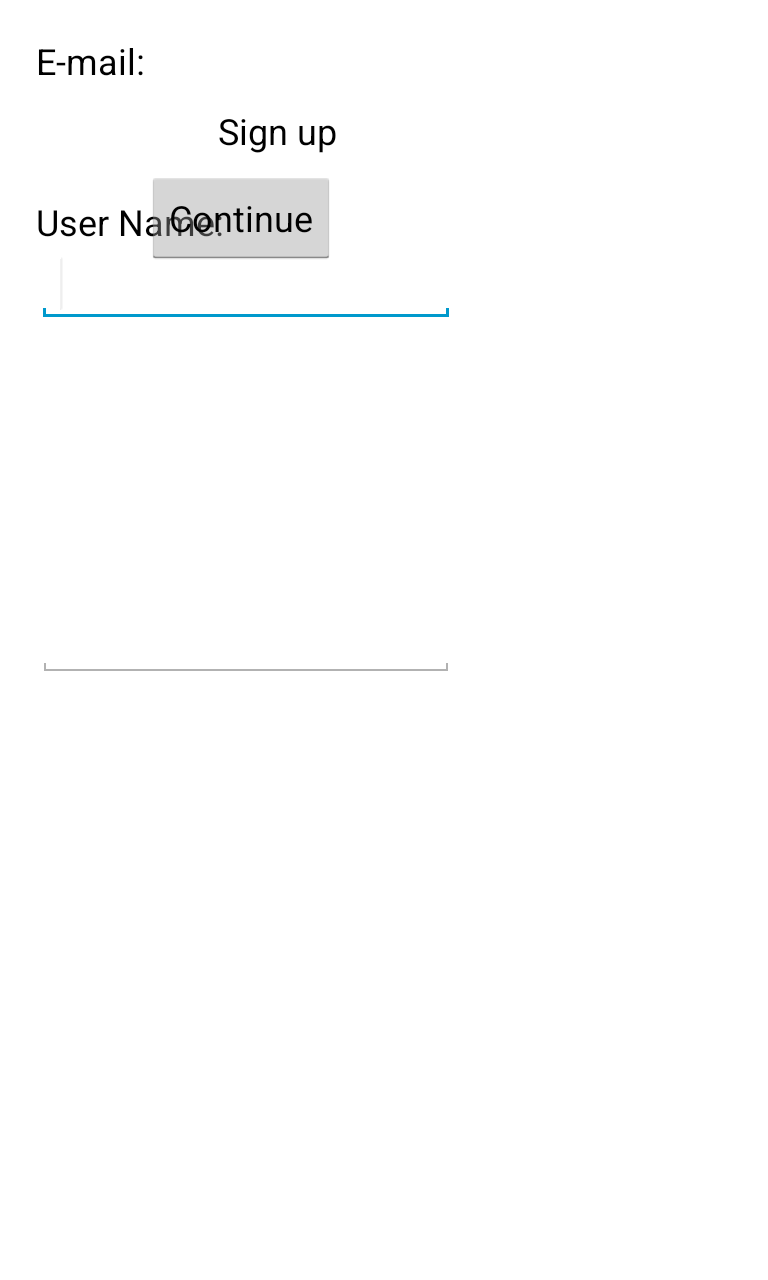
Repository: Teketel/hujeManiita
Layout: workspace/android/Besso/res/layout/activity_main.xml
An editor plug-in stored every save of this project. The layout is shown before and after the next save, followed by the edit.
It is drawn on a 768 x 1280 px phone screen (xhdpi) without system bars, with theme AppTheme; the app's code is not run.

Above is the layout before, as saved 2013-02-16 10:45:31.

### workspace/android/Besso/res/layout/activity_main.xml
<RelativeLayout xmlns:android="http://schemas.android.com/apk/res/android"
    xmlns:tools="http://schemas.android.com/tools"
    android:layout_width="match_parent"
    android:layout_height="match_parent"
    android:paddingBottom="@dimen/activity_vertical_margin"
    android:paddingLeft="@dimen/activity_horizontal_margin"
    android:paddingRight="@dimen/activity_horizontal_margin"
    android:paddingTop="@dimen/activity_vertical_margin"
    tools:context=".MainActivity" >

    <EditText
        android:id="@+id/userName"
        android:layout_width="wrap_content"
        android:layout_height="wrap_content"
        android:layout_below="@+id/textView1"
        android:layout_marginTop="45dp"
        android:ems="10" >

        <requestFocus />
    </EditText>

    <TextView
        android:id="@+id/textView1"
        android:layout_width="wrap_content"
        android:layout_height="wrap_content"
        android:layout_alignLeft="@+id/editText1"
        android:layout_alignParentTop="true"
        android:layout_alignRight="@+id/button1"
        android:layout_marginLeft="56dp"
        android:layout_marginTop="35dp"
        android:text="Sign up"
        android:textAppearance="?android:attr/textAppearanceMedium"
        android:textSize="18dp" />

    <EditText
        android:id="@+id/email"
        android:layout_width="wrap_content"
        android:layout_height="wrap_content"
        android:layout_alignLeft="@+id/editText1"
        android:layout_centerVertical="true"
        android:ems="10"
        android:inputType="textEmailAddress" />

    <TextView
        android:id="@+id/textView2"
        android:layout_width="wrap_content"
        android:layout_height="wrap_content"
        android:layout_alignLeft="@+id/editText1"
        android:layout_below="@+id/textView1"
        android:layout_marginTop="21dp"
        android:text="User Name:"
        android:textAppearance="?android:attr/textAppearanceMedium" />

    <TextView

        android:id="@+id/textView3"
        android:layout_width="wrap_content"
        android:layout_height="wrap_content"
        android:layout_above="@+id/editText2"
        android:text="E-mail:"
        android:textAppearance="?android:attr/textAppearanceMedium" />

    <Button
        android:id="@+id/button1"
        android:layout_width="wrap_content"
        android:layout_height="wrap_content"
        android:layout_below="@+id/editText2"
        android:layout_marginTop="67dp"
        android:layout_toRightOf="@+id/textView3"
        android:text="Continue" />

</RelativeLayout>

Loaded but not shown: workspace/android/Besso/res/values/styles.xml (common file); workspace/android/Besso/res/values-v11/styles.xml (common file); workspace/android/Besso/res/values-v14/styles.xml (common file); workspace/android/Besso/res/values/dimens.xml (common file)

After the next save:
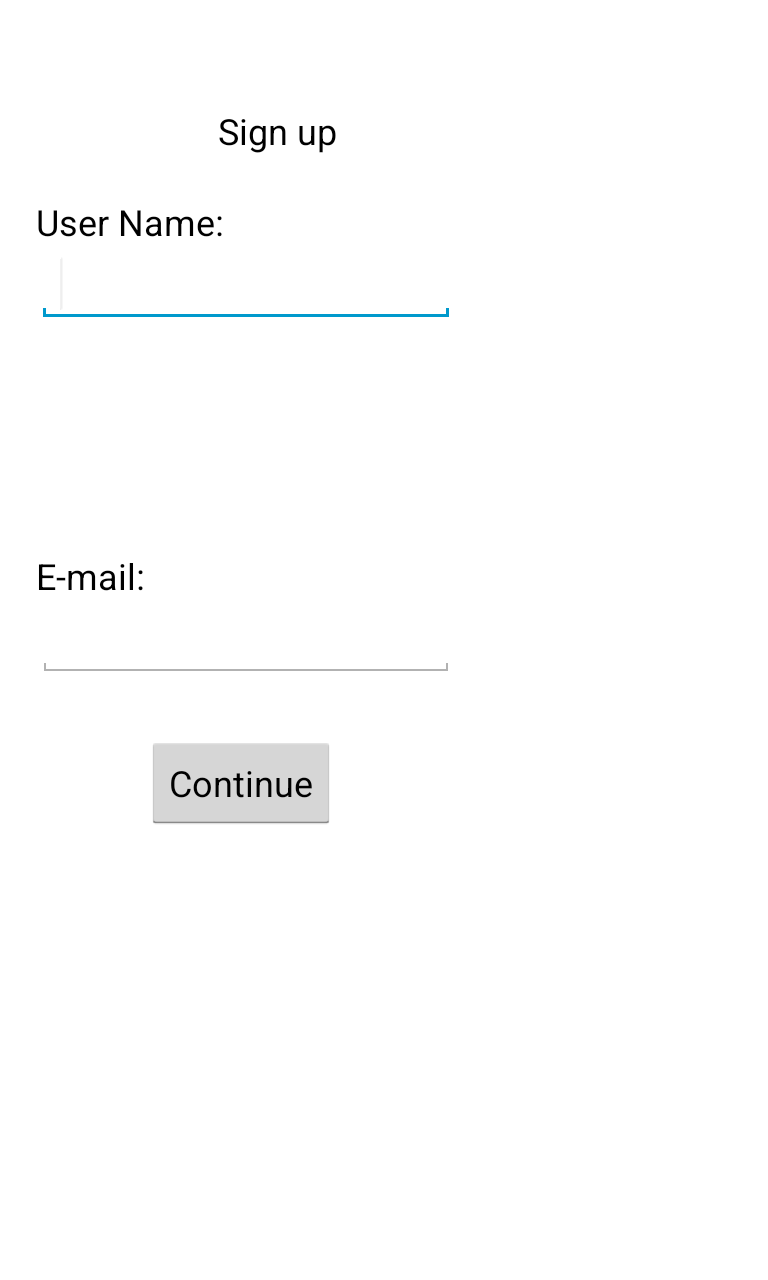
Saved 31 s later.
--- a/workspace/android/Besso/res/layout/activity_main.xml
+++ b/workspace/android/Besso/res/layout/activity_main.xml
@@ -51,22 +51,22 @@
         android:text="User Name:"
         android:textAppearance="?android:attr/textAppearanceMedium" />
 
-    <TextView
-
-        android:id="@+id/textView3"
-        android:layout_width="wrap_content"
-        android:layout_height="wrap_content"
-        android:layout_above="@+id/editText2"
-        android:text="E-mail:"
-        android:textAppearance="?android:attr/textAppearanceMedium" />
-
     <Button
         android:id="@+id/button1"
         android:layout_width="wrap_content"
         android:layout_height="wrap_content"
-        android:layout_below="@+id/editText2"
-        android:layout_marginTop="67dp"
+        android:layout_below="@+id/email"
+        android:layout_marginTop="28dp"
         android:layout_toRightOf="@+id/textView3"
         android:text="Continue" />
 
+    <TextView
+        android:id="@+id/textView3"
+        android:layout_width="wrap_content"
+        android:layout_height="wrap_content"
+        android:layout_above="@+id/email"
+        android:layout_alignLeft="@+id/email"
+        android:text="E-mail:"
+        android:textAppearance="?android:attr/textAppearanceMedium" />
+
 </RelativeLayout>
